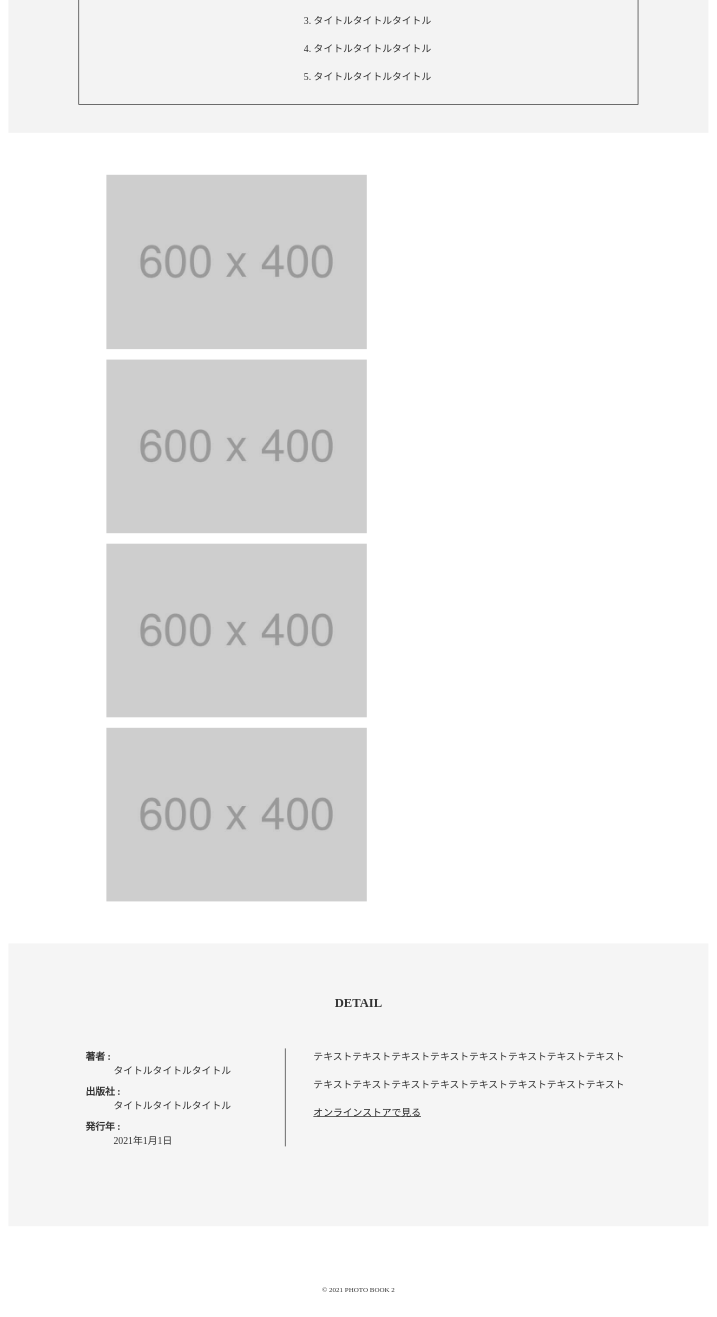
Repository: Fuki-san/photo-book-2
Page: http://localhost/photobook
These files come from the project's save history. The page is drawn as it stood at one moment and after the next save; the edit follows.
The browser window is 1024 px wide. The pictures show the part of the page from y = 754 to 2994 px (the page is 2635 px tall before and 3242 px after), at 70% of full size.
The page is served by the project's Laravel application, run on PHP 8.4 with Laravel 10.

Above is the page before, as saved 2023-12-01 15:10:22.

After the next save:
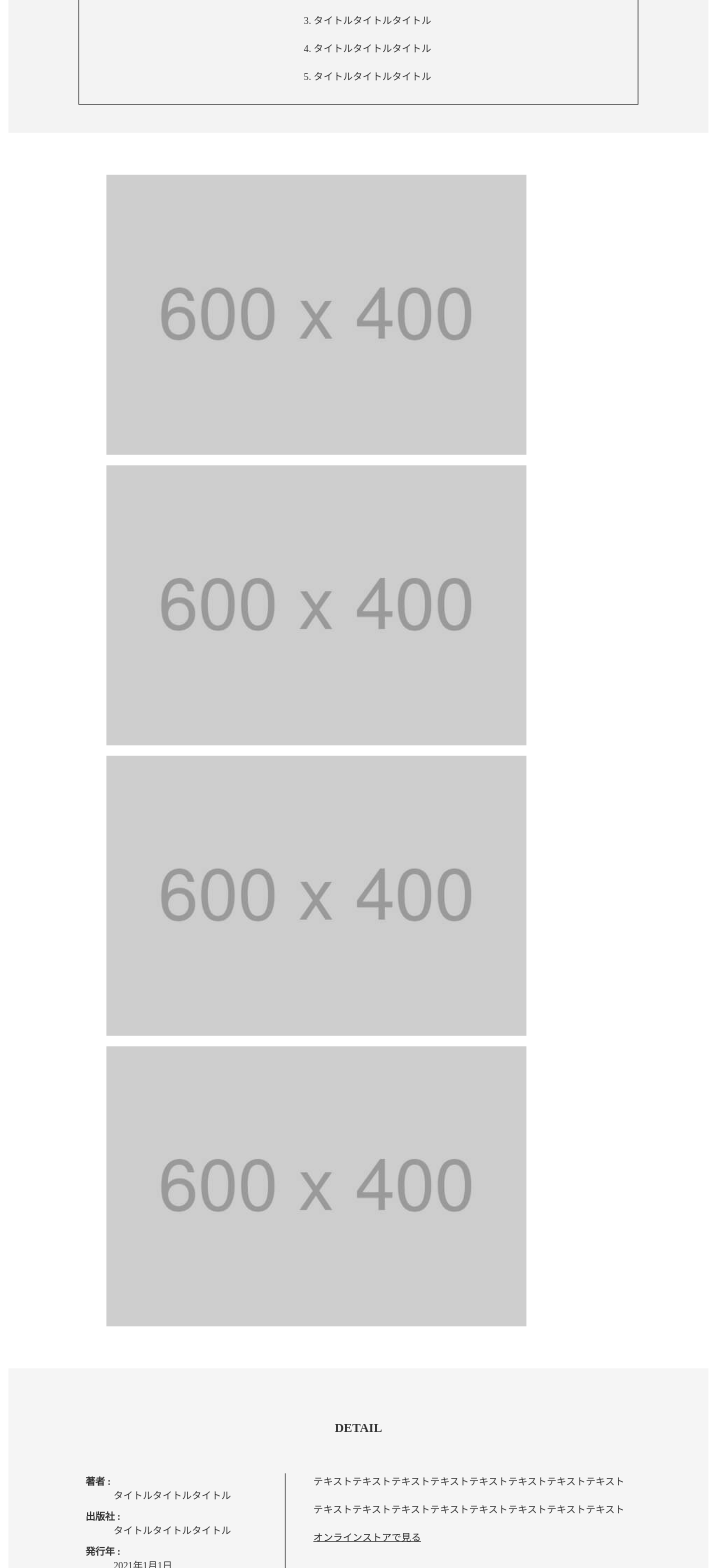
Saved 5 s later.
--- a/public/css/style.css
+++ b/public/css/style.css
@@ -171,5 +171,7 @@ ul {
     .list{
         flex-direction: column;
     }
-    .list li
+    .list li{
+        width: 100%;
+    }
 }
